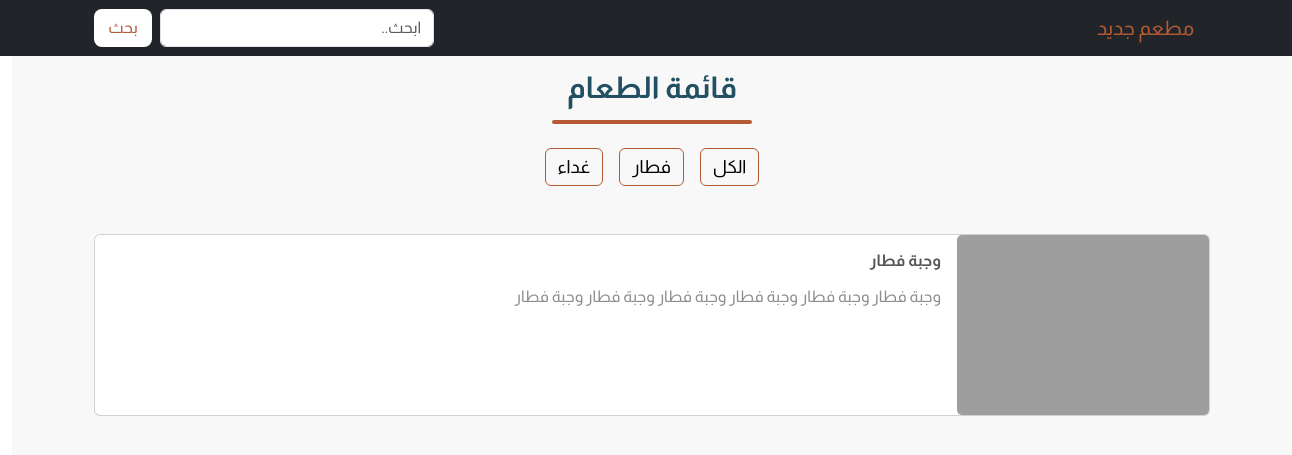
Repository: kerlos-alfy/Restaurant-Menu
Page: /
An editor plug-in stored every save of this project. The page is shown before and after a run of saves, followed by the edit.
The browser window is 1280 px wide. The page is 1292 px wide, so the pictures cover 1292 px, including what lies to the right of the window. The pictures show the whole page.
Pictures or frames that could not be fetched are drawn as grey boxes. Some web fonts or font styles are not loaded; a fallback is used. The project was rebuilt for these pictures with package versions that can differ from the ones it lists, and the page was loaded fresh each time. Also part of the build but not shown: vite.config.js, src/App.css.

Above is the page before, as saved 2024-12-20 01:30:32.

After the next 2 saves:
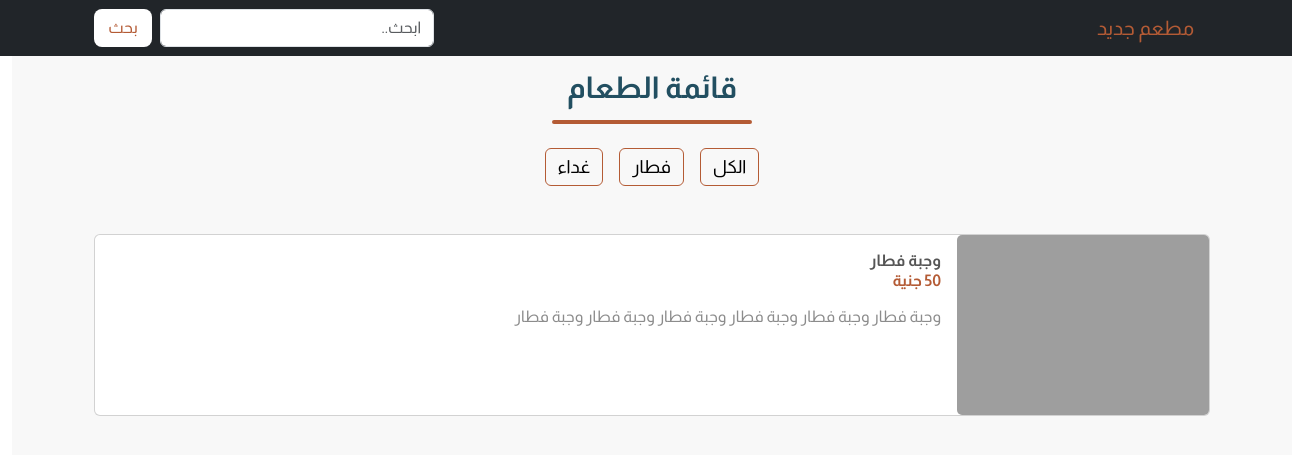
The 2 saves are shown as one change because they came seconds apart.
The last was saved 38 s later.
--- a/src/components/ItemsList.jsx
+++ b/src/components/ItemsList.jsx
@@ -9,6 +9,7 @@ const ItemsList = () => {
 					<Card.Body>
 						<Card.Title>
 							<div className="item-title">وجبة فطار</div>
+							<div className="item-price"> 50 جنية</div>
 						</Card.Title>
 						<Card.Text className="py-2">
 							<div className="item-description">وجبة فطار وجبة فطار وجبة فطار وجبة فطار وجبة فطار وجبة فطار</div>
